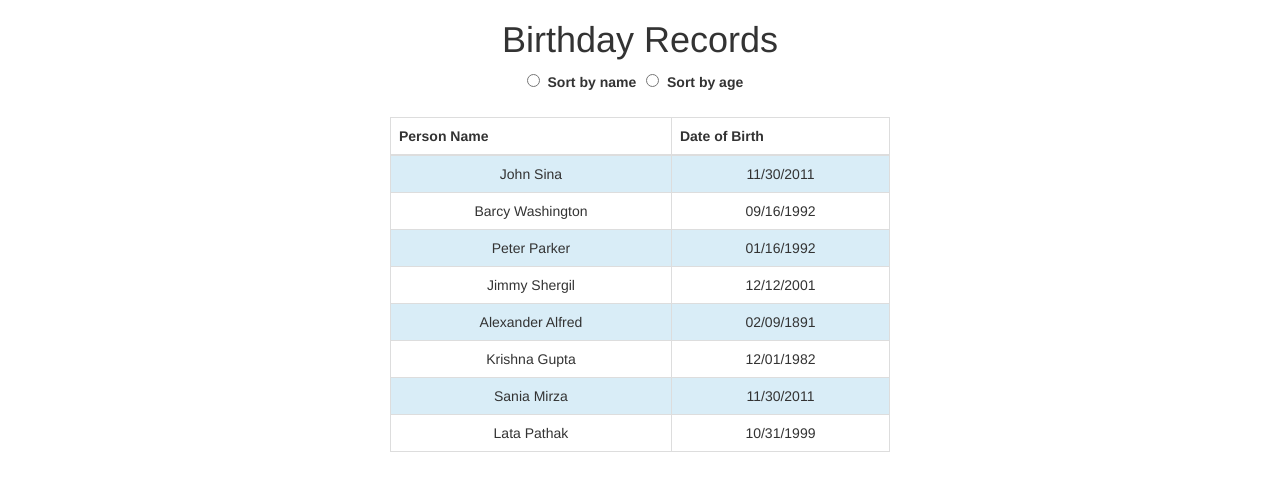
Repository: VivekCreative/birthday-project
Page: /
The author's editor kept a copy of each file at every save. The page is drawn from the files as they stood at one save, then again after the next save.
The browser window is 1280 px wide. The pictures show the whole page.
The project was rebuilt for these pictures with package versions that can differ from the ones it lists, and the page was loaded fresh each time.

Above is the page before, as saved 2020-07-29 20:19:20.

After the next save:
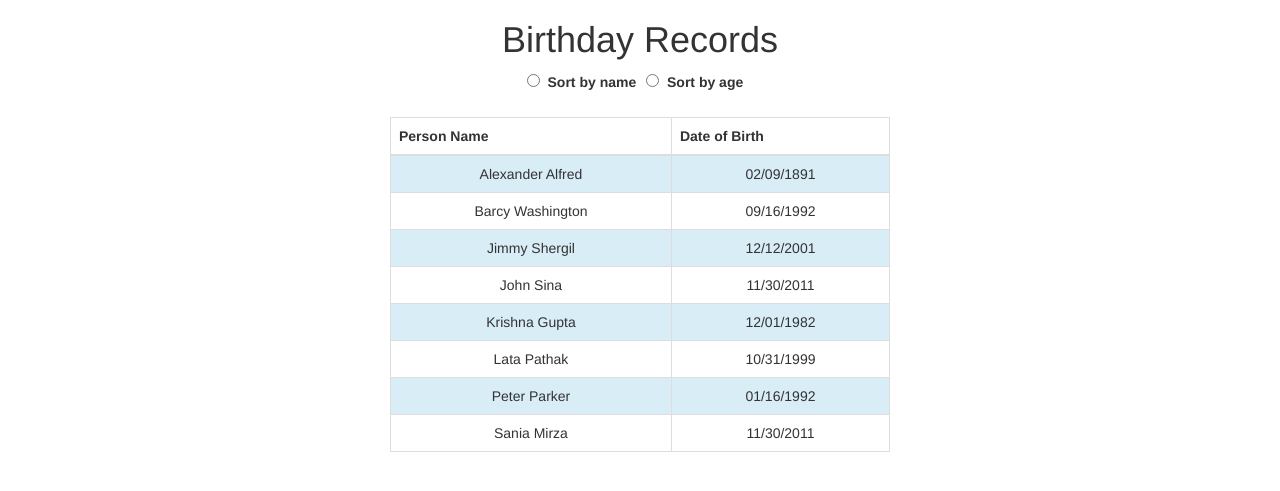
Saved 7 min 11 s later.
--- a/src/components/Table.js
+++ b/src/components/Table.js
@@ -42,6 +42,8 @@ class Table extends Component {
 
 	render() {
 		console.log("hiii",this.props.radioClick);
+		const sortedData =this.people.sort((a,b)=>
+		a.name.localeCompare(b.name))
 		return (
   <div className='table-div'>
     <table className='table table-striped table-bordered table-hover full-width'>
@@ -53,7 +55,7 @@ class Table extends Component {
       </thead>
       <tbody>
        {
-		   this.people.map((personList)=>{
+		   sortedData.map((personList)=>{
 			   return(
 				   <tr>
 					   <td>{personList.name}</td>
